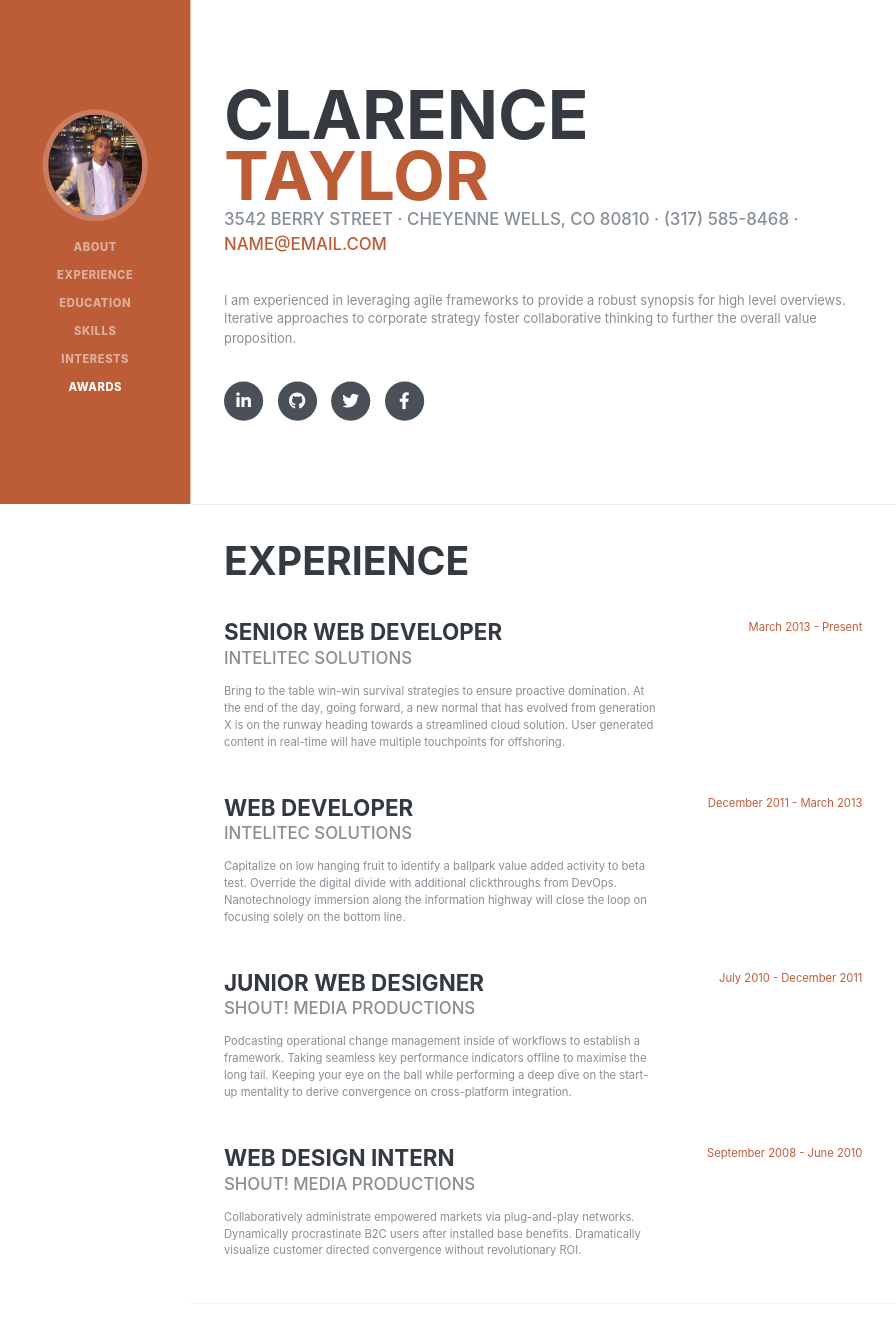
Repository: kcfurtado/kcfurtado.github.io
Page: index.html
An editor plug-in stored every save of this project. The page is shown before and after the next save, followed by the edit.
The browser window is 1280 px wide. The pictures show the part of the page from y = 0 to 1920 px (the page is 4746 px tall before and 4026 px after), at 70% of full size.
Some web fonts or font styles are not loaded; a fallback is used.

Above is the page before, as saved 2020-04-04 00:29:23.

After the next save:
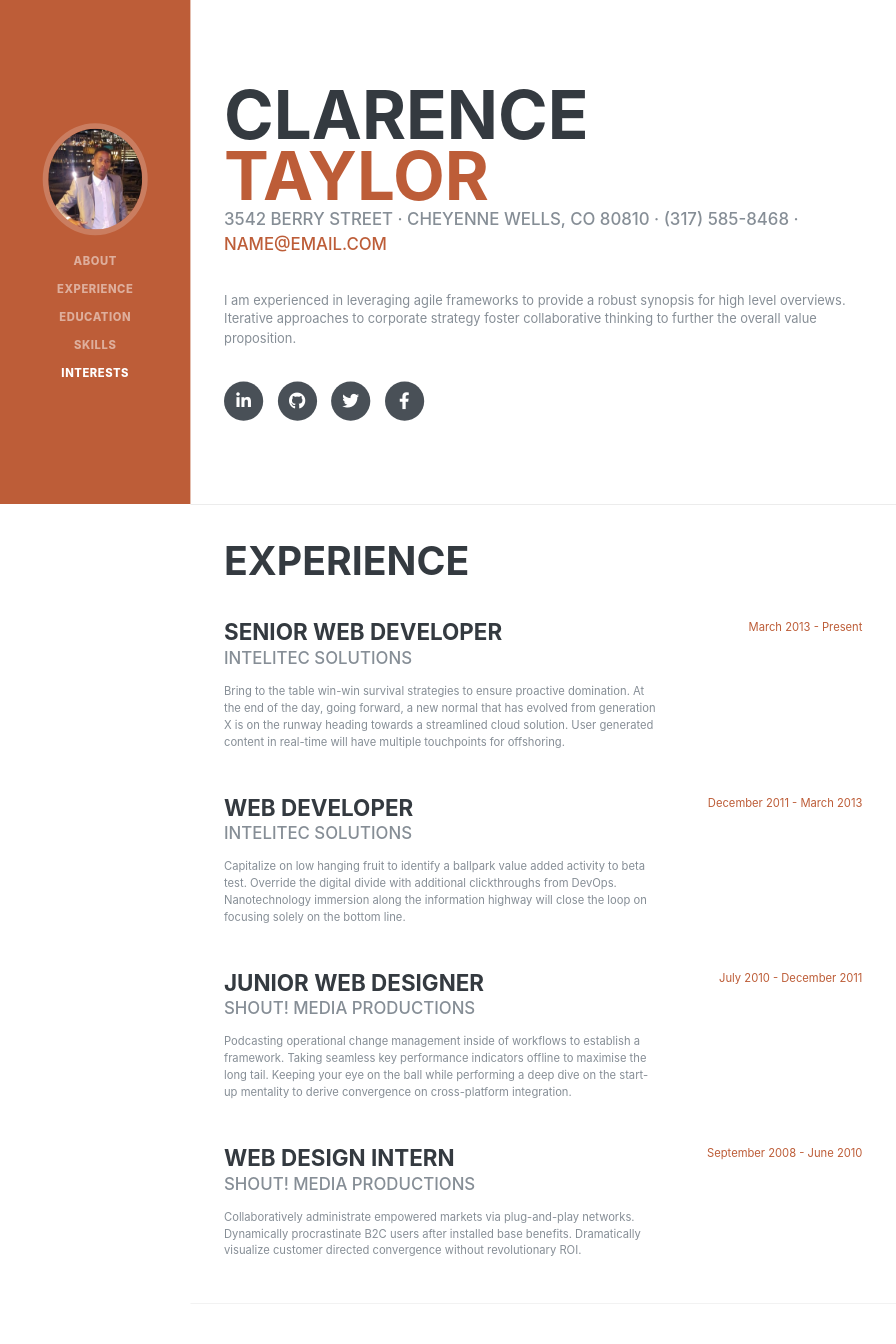
Saved 54 s later.
--- a/index.html
+++ b/index.html
@@ -27,7 +27,7 @@
 
   <nav class="navbar navbar-expand-lg navbar-dark bg-primary fixed-top" id="sideNav">
     <a class="navbar-brand js-scroll-trigger" href="#page-top">
-      <span class="d-block d-lg-none">Clarence Taylor</span>
+      <span class="d-block d-lg-none">Kelton Furtado</span>
       <span class="d-none d-lg-block">
         <img class="img-fluid img-profile rounded-circle mx-auto mb-2" src="img/profile.png" alt="">
       </span>
@@ -52,9 +52,9 @@
         <li class="nav-item">
           <a class="nav-link js-scroll-trigger" href="#interests">Interests</a>
         </li>
-        <li class="nav-item">
+        <!-- <li class="nav-item">
           <a class="nav-link js-scroll-trigger" href="#awards">Awards</a>
-        </li>
+        </li> -->
       </ul>
     </div>
   </nav>
@@ -249,7 +249,7 @@
 
     <hr class="m-0">
 
-    <section class="resume-section p-3 p-lg-5 d-flex align-items-center" id="awards">
+    <!--<section class="resume-section p-3 p-lg-5 d-flex align-items-center" id="awards">
       <div class="w-100">
         <h2 class="mb-5">Awards &amp; Certifications</h2>
         <ul class="fa-ul mb-0">
@@ -282,6 +282,7 @@
         </ul>
       </div>
     </section>
+  -->
 
   </div>
 
